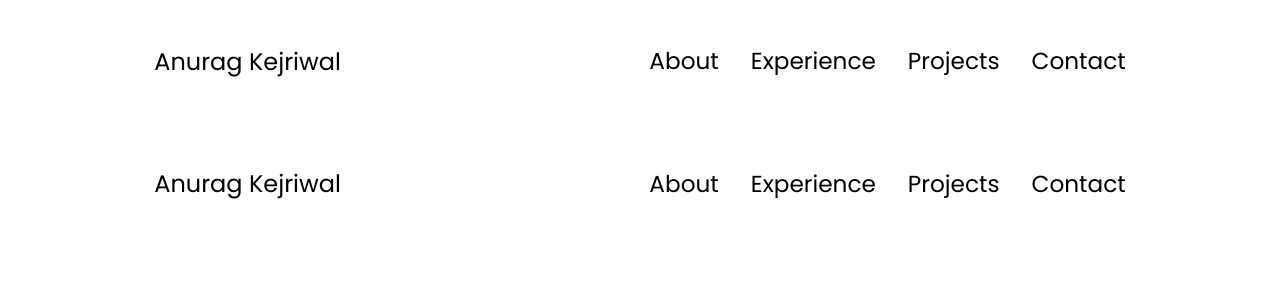
Repository: anuragkej/OldPortfolio
Page: index.html
The author's editor kept a copy of each file at every save. The page is drawn from the files as they stood at one save, then again after the next save.
The browser window is 1280 px wide. The pictures show the whole page.

Above is the page before, as saved 2024-05-25 20:29:10.

### index.html
<!DOCTYPE html>
<html lang="en">
<head>
    <meta charset="UTF-8">
    <meta name="viewport" content="width=device-width, initial-scale=1.0">
    <title>Personal Portfolio</title>
    <link rel="stylesheet" href="style.css">
    <link rel="stylesheet" href="mediaqueries.css">
</head>
<body>
    <nav id="desktop-nav">
        <div class="logo">Anurag Kejriwal</div>
        <div>
            <ul class="nav-links">
                <li><a href="#about">About</a></li>
                <li><a href="#experience">Experience</a></li>
                <li><a href="#projects">Projects</a></li>
                <li><a href="#contact">Contact</a></li>
            </ul>
        </div>
    </nav>
    <nav id="hamburger-nav">
        <div class="logo">Anurag Kejriwal</div>
        <div class="hamburger-menu">
            <div class="hamburger-icon" onclick="toggleMenu()">
                <span></span>
                <span></span>
                <span></span>
            </div>
            <div class="menu-links">
                <li><a href="#about" onclick="toggleMenu()" >About</a></li>
                <li><a href="#experience" onclick="toggleMenu()">Experience</a></li>
                <li><a href="#projects" onclick="toggleMenu()">Projects</a></li>
                <li><a href="#contact" onclick="toggleMenu()">Contact</a></li>
            </div>
        </div>
    </nav>
    <script src="script.js"></script>

</body>
</html>
<!DOCTYPE html>
<html lang="en">
<head>
    <meta charset="UTF-8">
    <meta name="viewport" content="width=device-width, initial-scale=1.0">
    <title>Personal Portfolio</title>
    <link rel="stylesheet" href="style.css">
    <link rel="stylesheet" href="mediaqueries.css">
</head>
<body>
    <nav id="desktop-nav">
        <div class="logo">Anurag Kejriwal</div>
        <div>
            <ul class="nav-links">
                <li><a href="#about">About</a></li>
                <li><a href="#experience">Experience</a></li>
                <li><a href="#projects">Projects</a></li>
                <li><a href="#contact">Contact</a></li>
            </ul>
        </div>
    </nav>
    <nav id="hamburger-nav">
        <div class="logo">Anurag Kejriwal</div>
        <div class="hamburger-menu">
            <div class="hamburger-icon" onclick="toggleMenu()">
                <span></span>
                <span></span>
                <span></span>
            </div>
        </div>
    </nav>
    <script src="script.js"></script>

</body>
</html>

### style.css
/* General */

@import url('https://fonts.googleapis.com/css2?family=Poppins:wght@300;400;500;600&display=swap');
*{
    margin: 0;
    padding: 0;
}

body{
    font-family: "Poppins", sans-serif;
}

html{
    scroll-behavior: smooth;
}

p{
    color: rgb(85, 85, 85);
}

/* Transition */
/* all the links, with button*/

a,
.btn{
    transition: all 300ms ease;
}

/*Desktop navigation */

nav, .nav-links {
    display: flex;
}

nav{
    justify-content: space-around;
    align-items: center;
    height: 17vh;
}

.nav-links{
    gap: 2rem;
    list-style: none;
    font-size: 1.45rem;
}

a{
    color: black;
    text-decoration: none;
    text-decoration-color: white;

}

a:hover{
    color: grey;
    text-decoration: underline;
    text-underline-offset: 0.7rem;
    text-decoration-color: rgb(181, 181, 181);
}

.logo{
    font-size: 1.5rem
}

.logo:hover{
    cursor:default;
}

/*Hamburger menu */

#hamburger-nav{
    display: none;
}

.hamburger-menu{
    position: relative;
    display: inline-block;
}

.hamburger-icon{
    display: flex;
    flex-direction: column;
    justify-content: space-between;
    height: 24px;
    width: 30px;
    cursor: pointer;
}
/* General */

@import url('https://fonts.googleapis.com/css2?family=Poppins:wght@300;400;500;600&display=swap');
*{
    margin: 0;
    padding: 0;
}

body{
    font-family: "Poppins", sans-serif;
}

html{
    scroll-behavior: smooth;
}

p{
    color: rgb(85, 85, 85);
}

/* Transition */
/* all the links, with button*/

a,
.btn{
    transition: all 300ms ease;
}

/*Desktop navigation */

nav, .nav-links {
    display: flex;
}

nav{
    justify-content: space-around;
    align-items: center;
    height: 17vh;
}

.nav-links{
    gap: 2rem;
    list-style: none;
    font-size: 1.45rem;
}

a{
    color: black;
    text-decoration: none;
    text-decoration-color: white;

}

a:hover{
    color: grey;
    text-decoration: underline;
    text-underline-offset: 0.7rem;
    text-decoration-color: rgb(181, 181, 181);
}

.logo{
    font-size: 1.5rem
}

.logo:hover{
    cursor:default;
}

/*Hamburger menu */

#hamburger-nav{
    display: none;
}

### mediaqueries.css
@media screen and (max-width: 1200px) {
    #desktop-nav {
        display: none;
    }
    #hamburger-nav{
        display: flex;
    }
}

Loaded but not shown: script.js (no copy from this time; the picture is the same without it)

After the next save:
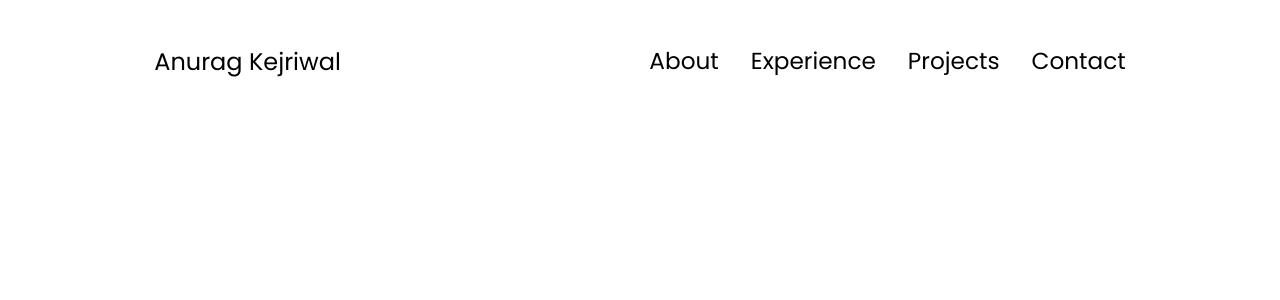
Saved 28 s later.
--- a/index.html
+++ b/index.html
@@ -39,38 +39,3 @@
 
 </body>
 </html>
-<!DOCTYPE html>
-<html lang="en">
-<head>
-    <meta charset="UTF-8">
-    <meta name="viewport" content="width=device-width, initial-scale=1.0">
-    <title>Personal Portfolio</title>
-    <link rel="stylesheet" href="style.css">
-    <link rel="stylesheet" href="mediaqueries.css">
-</head>
-<body>
-    <nav id="desktop-nav">
-        <div class="logo">Anurag Kejriwal</div>
-        <div>
-            <ul class="nav-links">
-                <li><a href="#about">About</a></li>
-                <li><a href="#experience">Experience</a></li>
-                <li><a href="#projects">Projects</a></li>
-                <li><a href="#contact">Contact</a></li>
-            </ul>
-        </div>
-    </nav>
-    <nav id="hamburger-nav">
-        <div class="logo">Anurag Kejriwal</div>
-        <div class="hamburger-menu">
-            <div class="hamburger-icon" onclick="toggleMenu()">
-                <span></span>
-                <span></span>
-                <span></span>
-            </div>
-        </div>
-    </nav>
-    <script src="script.js"></script>
-
-</body>
-</html>
